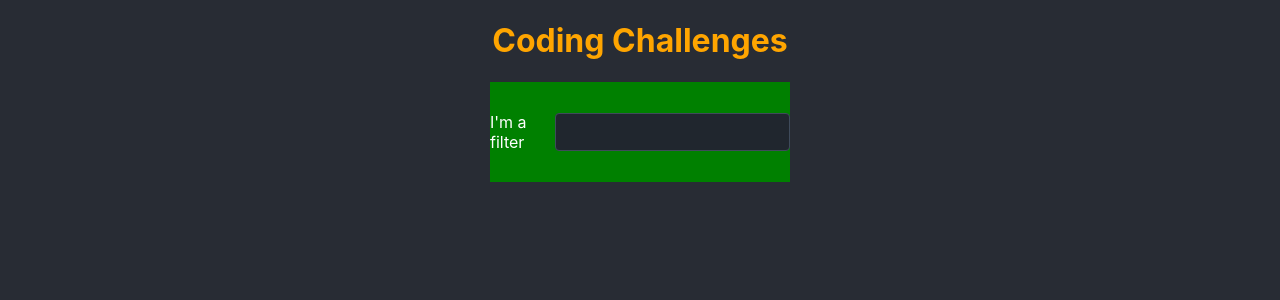
Repository: Valentina-Maraio/coding_challenges
Page: /
An editor plug-in stored every save of this project. The page is shown before and after the next save, followed by the edit.
The browser window is 1280 px wide. The pictures show the whole page.
The project was rebuilt for these pictures with package versions that can differ from the ones it lists, and the page was loaded fresh each time.

Above is the page before, as saved 2024-07-05 11:50:59.

### src/index.js
import React from 'react';
import ReactDOM from 'react-dom/client';
import './index.css';
import App from './App';
import reportWebVitals from './reportWebVitals';
import { PrimeReactProvider } from 'primereact/api';
import 'primeicons/primeicons.css';



const root = ReactDOM.createRoot(document.getElementById('root'));
root.render(
  <React.StrictMode>
    <PrimeReactProvider>
      <App/>
    </PrimeReactProvider>
  </React.StrictMode>
);

// If you want to start measuring performance in your app, pass a function
// to log results (for example: reportWebVitals(console.log))
// or send to an analytics endpoint. Learn more: https://bit.ly/CRA-vitals
reportWebVitals();

### src/App.js
import React, {useState} from 'react'
import "primereact/resources/themes/bootstrap4-dark-purple/theme.css";
import "./App.css";
import { Chips } from 'primereact/chips';


function App() {
  const [value, setValue] = useState('');
  console.log(value)
  return (
    <>
      <div className="container">
        <div className="app_title">
          <h1>Coding Challenges</h1>
        </div>
        <div className="filter_container">
          <p>I'm a filter</p>
          <Chips value={value} onChange={(e) => setValue(e.value)} />
        </div>
      </div>
    </>
  );
}

export default App;

### src/App.css
body {
  background-color: #282c34;
}

.container {
  display: flex;
  justify-content: center;
  align-items: center;
  flex-direction: column;
}

.app_title {
  color: orange;
}

.filter_container {
  width: 300px;
  height: 100px;
  background-color: green;
  display: flex;
  justify-content: space-between;
  align-items: center;
}

Loaded but not shown: public/index.html (common file); src/index.css (common file); src/reportWebVitals.js (common file)

After the next save:
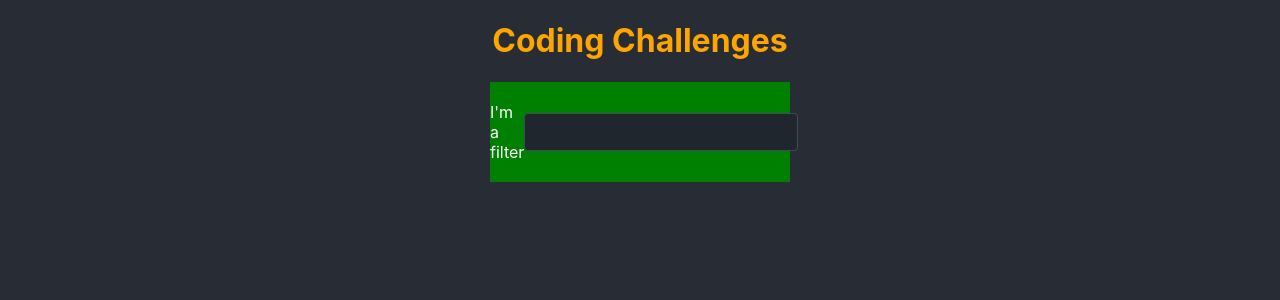
Saved 39 s later.
--- a/src/App.js
+++ b/src/App.js
@@ -1,7 +1,8 @@
 import React, {useState} from 'react'
 import "primereact/resources/themes/bootstrap4-dark-purple/theme.css";
 import "./App.css";
-import { Chips } from 'primereact/chips';
+import { InputText } from 'primereact/inputtext';
+
 
 
 function App() {
@@ -15,7 +16,7 @@ function App() {
         </div>
         <div className="filter_container">
           <p>I'm a filter</p>
-          <Chips value={value} onChange={(e) => setValue(e.value)} />
+          <InputText value={value} onChange={(e) => setValue(e.target.value)} />
         </div>
       </div>
     </>
